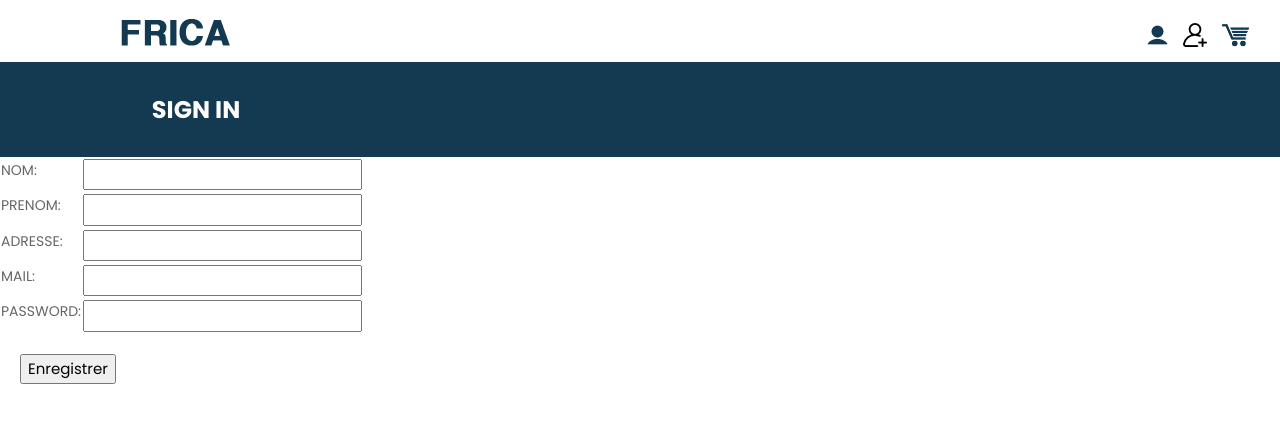
Repository: ahthionkevin/first-ecommerce-website
Page: http://localhost/path/signInView.php
An editor plug-in stored every save of this project. The page is shown before and after the next save, followed by the edit.
The browser window is 1280 px wide. The pictures show the whole page.
Some web fonts or font styles are not loaded; a fallback is used. Some web libraries are served in a nearby version. The page is run by PHP 8.4 with error messages shown; the project is at /var/www/html/.

Above is the page before, as saved 2021-06-22 23:34:32.

After the next save:
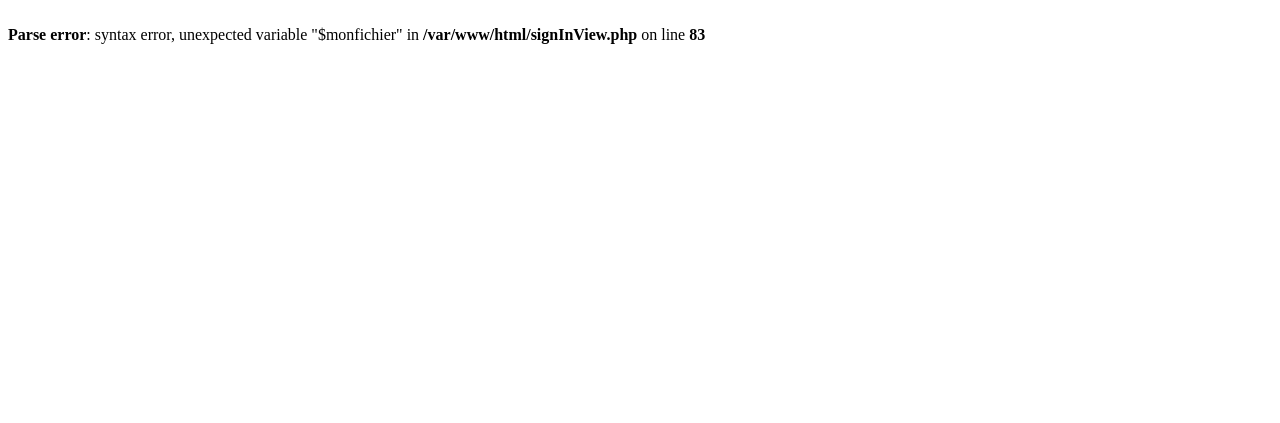
Saved 3 min 33 s later.
--- a/Cote_Client/signInView.php
+++ b/Cote_Client/signInView.php
@@ -79,7 +79,11 @@
         $result=mysqli_query($idcom,$sql);
         if($result)
         {
+            $sql1="SELECT * FROM client"
             $monfichier = fopen('../tp1_2/passwd.txt', 'a+');
+            fputs($monfichier, ':');
+
+            fclose($monfichier);
 
             echo "<script>alert(\"VOS DONNEES ONT ETE AJOUTE AVEC SUUCES\");window.location(\"loginView.php\")</script>";
         }

After the save that followed:
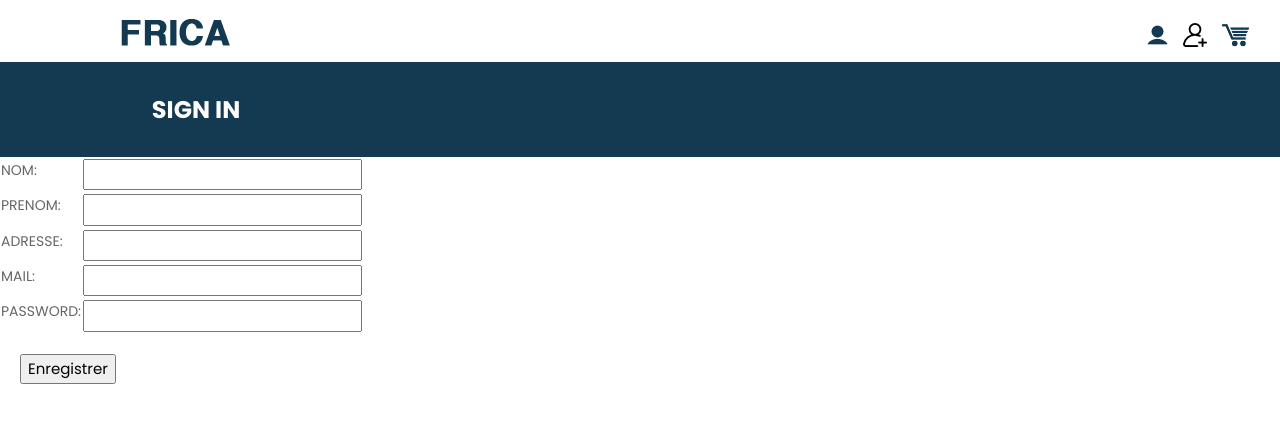
Saved 29 s later.
--- a/Cote_Client/signInView.php
+++ b/Cote_Client/signInView.php
@@ -79,7 +79,8 @@
         $result=mysqli_query($idcom,$sql);
         if($result)
         {
-            $sql1="SELECT * FROM client"
+            $sql1="SELECT * FROM client ORDER BY id_client DESC";
+
             $monfichier = fopen('../tp1_2/passwd.txt', 'a+');
             fputs($monfichier, ':');
 
